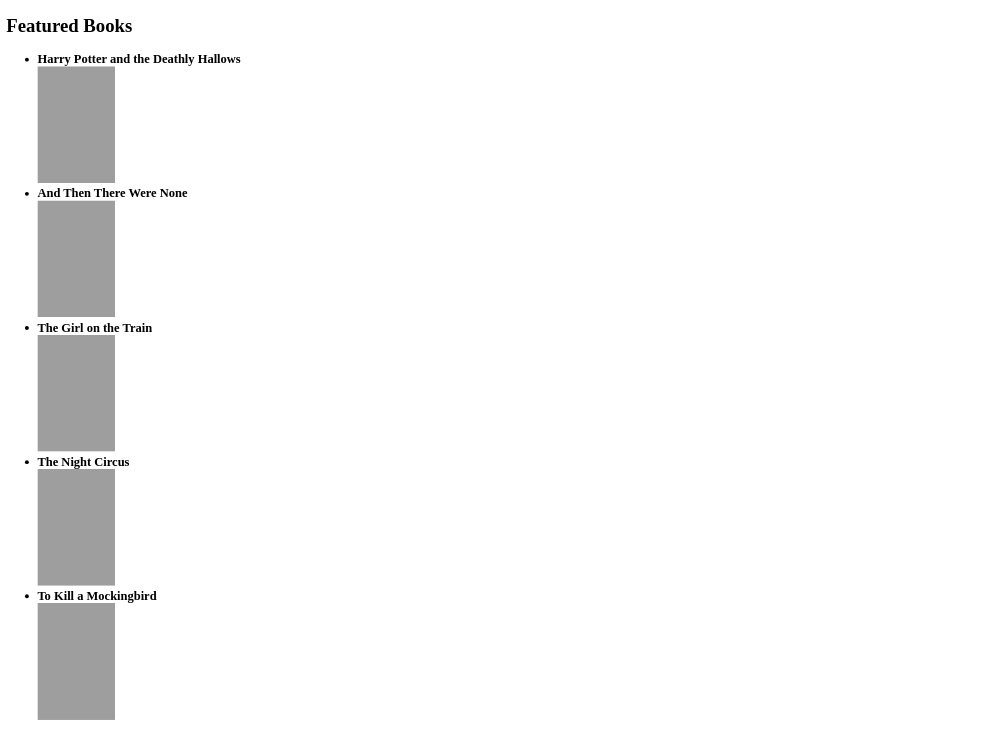
Repository: TejasS1233/MINITHON-hackathon-project
Page: novels.html
These files come from the project's save history. The page is drawn as it stood at one moment and after the next save; the edit follows.
The browser window is 1280 px wide. The pictures show the whole page, at 78% of full size.
Pictures or frames that could not be fetched are drawn as grey boxes.

Above is the page before, as saved 2024-09-20 09:41:04.

After the next save:
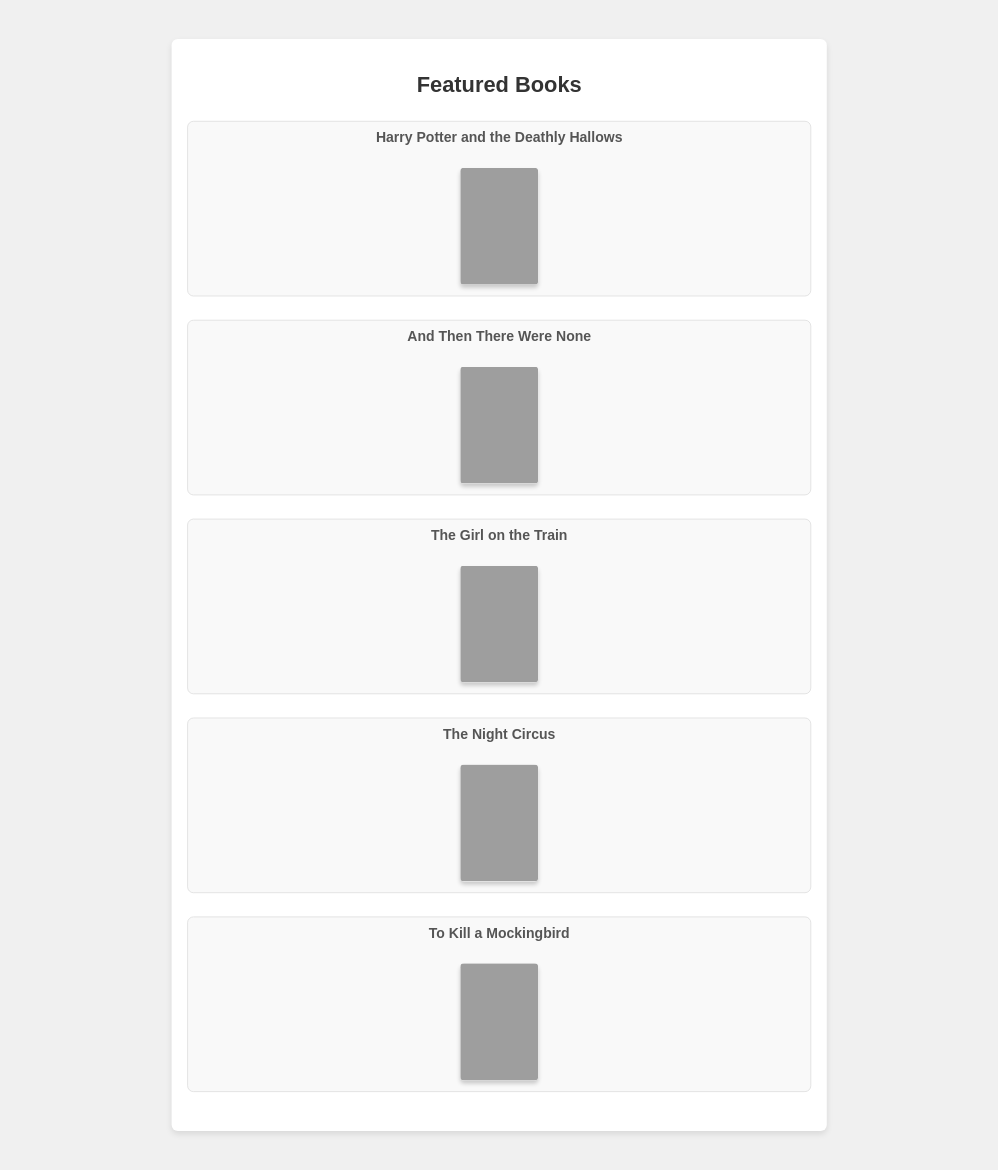
Saved 5 s later.
--- a/novels.html
+++ b/novels.html
@@ -3,10 +3,77 @@
 <head>
     <meta charset="UTF-8">
     <meta name="viewport" content="width=device-width, initial-scale=1.0">
-    <title>Document</title>
+    <title>E-Library</title>
+    <style>
+        body {
+            font-family: Arial, sans-serif;
+            background-color: #f0f0f0;
+            margin: 0;
+            padding: 0;
+        }
+
+        .content {
+            max-width: 800px;
+            margin: 50px auto;
+            padding: 20px;
+            background-color: #ffffff;
+            box-shadow: 0 4px 8px rgba(0, 0, 0, 0.1);
+            border-radius: 8px;
+        }
+
+        h2 {
+            text-align: center;
+            color: #333;
+            font-size: 28px;
+            margin-bottom: 30px;
+        }
+
+        ul {
+            list-style-type: none;
+            padding: 0;
+        }
+
+        li {
+            margin-bottom: 30px;
+            text-align: center;
+            padding: 10px;
+            background-color: #f9f9f9;
+            border: 1px solid #ddd;
+            border-radius: 8px;
+            transition: background-color 0.3s ease;
+        }
+
+        li:hover {
+            background-color: #eef6ff;
+        }
+
+        b {
+            font-size: 18px;
+            color: #555;
+            display: block;
+            margin-bottom: 10px;
+        }
+
+        a img {
+            border-radius: 5px;
+            box-shadow: 0 4px 6px rgba(0, 0, 0, 0.2);
+            transition: transform 0.3s ease;
+        }
+
+        a:hover img {
+            transform: scale(1.05);
+        }
+
+        /* Add some spacing around the book items */
+        li a {
+            text-decoration: none;
+        }
+
+    </style>
 </head>
 <body>
-    <div class="content"></div>
+
+    <div class="content">
         <h2>Featured Books</h2>
         <ul>
             <li>
@@ -41,5 +108,6 @@
             </li>
         </ul>
     </div>
+
 </body>
 </html>
